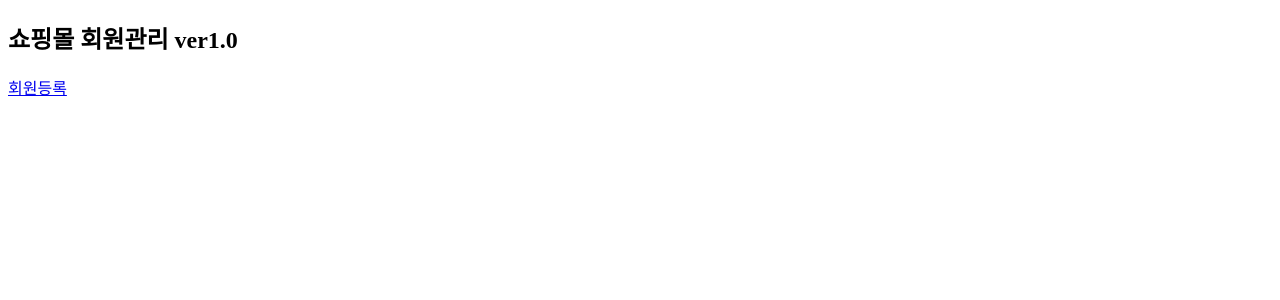
Repository: brightjy/Today-what-I-practiced
Page: http://localhost/HRD_7/view/header.jsp
An editor plug-in stored every save of this project. The page is shown before and after the next save, followed by the edit.
The browser window is 1280 px wide. The pictures show the whole page.
The page is served by Tomcat 9. Other server files are loaded and not shown.

Above is the page before, as saved 2020-05-18 11:27:15.

### hrdkorea_0518/HRD_7/WebContent/view/header.jsp
<%@ page language="java" contentType="text/html; charset=UTF-8"
    pageEncoding="UTF-8"%>
<% String conPath = request.getContextPath(); %>
<!DOCTYPE html>
<html>
<head>
<meta charset="UTF-8">
<title>Insert title here</title>
</head>
<body>
<header>
	<h2>쇼핑몰 회원관리 ver1.0</h2>
</header>
<nav>
	<a href="<%=conPath %>/view/register.jsp">회원등록</a>
</nav>
</body>
</html>

After the next save:
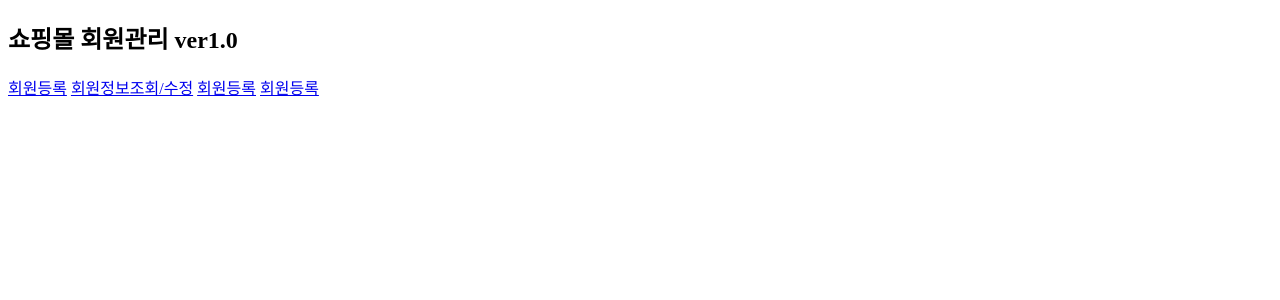
Saved 20 s later.
--- a/hrdkorea_0518/HRD_7/WebContent/view/header.jsp
+++ b/hrdkorea_0518/HRD_7/WebContent/view/header.jsp
@@ -13,6 +13,9 @@
 </header>
 <nav>
 	<a href="<%=conPath %>/view/register.jsp">회원등록</a>
+	<a href="<%=conPath %>/view/memberList.jsp">회원정보조회/수정</a>
+	<a href="<%=conPath %>/view/register.jsp">회원등록</a>
+	<a href="<%=conPath %>/view/register.jsp">회원등록</a>
 </nav>
 </body>
 </html>
